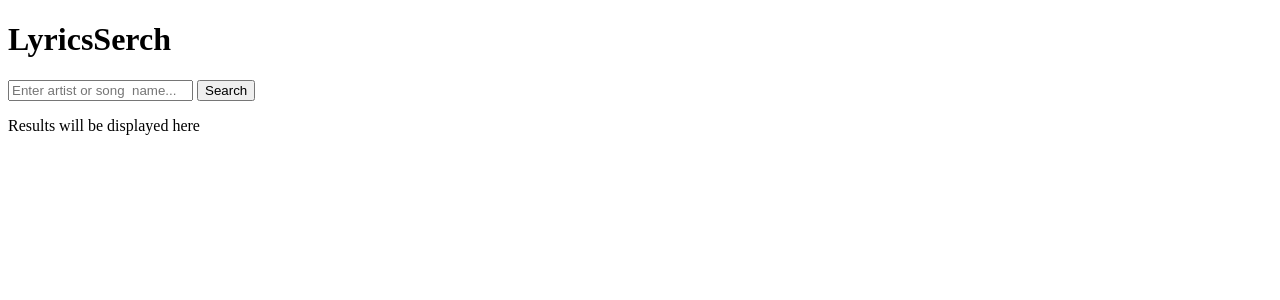
Repository: Pancerzaba/LyricsSearchApp
Page: index.html
An editor plug-in stored every save of this project. The page is shown before and after a run of saves, followed by the edit.
The browser window is 1280 px wide. The pictures show the whole page.

Above is the page before, as saved 2020-09-12 14:55:31.

After the next 4 saves:
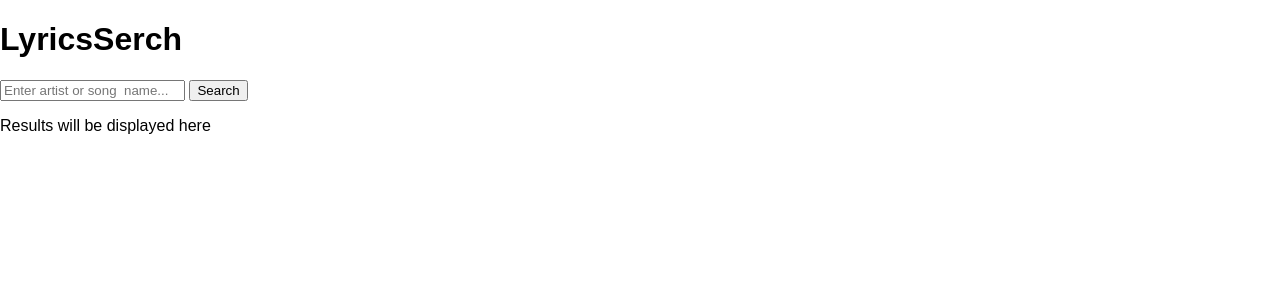
The 4 saves are shown as one change because they came seconds apart.
The last was saved 12 s later.
--- a/style.css
+++ b/style.css
@@ -4,5 +4,6 @@
 
 body {
     background-color: #fff;
-    font-family: A;
+    font-family: Arial, Helvetica, sans-serif;
+    margin: 0;
 }
